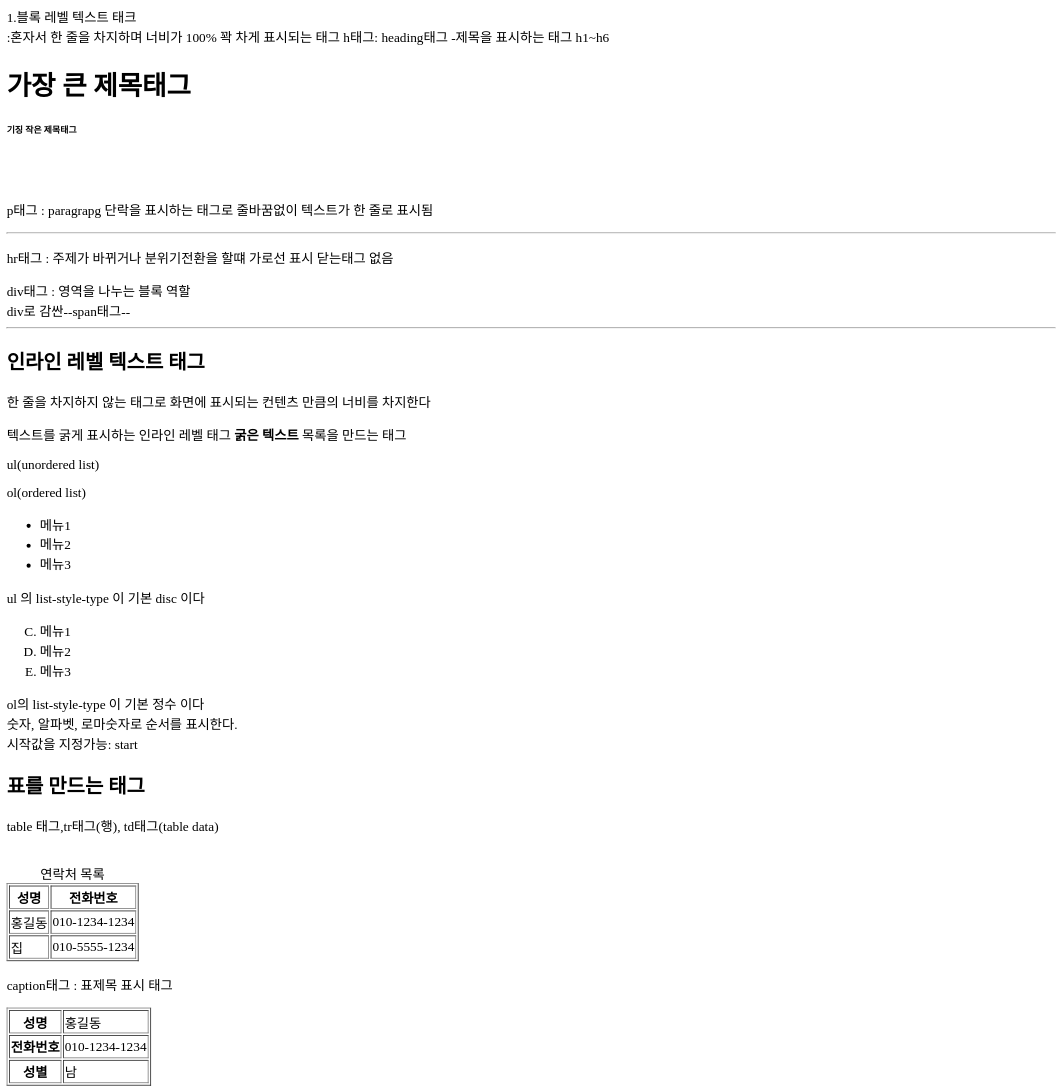
Repository: hana825/Web
Page: web/WebContent/index.html
An editor plug-in stored every save of this project. The page is shown before and after the next save, followed by the edit.
The browser window is 1280 px wide. The pictures show the whole page, at 83% of full size.

Above is the page before, as saved 2022-03-17 06:09:23.

### web/WebContent/index.html
<!DOCTYPE html>
<html>
<head>
<meta charset="UTF-8">
<title>Insert title here</title>
</head>
<body>
1.블록 레벨 텍스트 태크<br>
:혼자서 한 줄을 차지하며 너비가 100% 꽉 차게 표시되는 태그

h태그: heading태그 -제목을 표시하는 태그 h1~h6
<h1>가장 큰 제목태그</h1>
<h6>기징 작은 제목태그</h6>
<br><br>
<p>
p태그 : paragrapg 단락을 표시하는 태그로
줄바꿈없이 텍스트가 한 줄로 표시됨
</p>
<hr>

<p>
hr태그 : 주제가 바뀌거나 분위기전환을 할떄 가로선 표시
닫는태그 없음
</p>
<div>
div태그 : 영역을 나누는 블록 역할
</div>

<div> div로 감싼<span>--span태그--</span>
</div>


<hr>

<h2>인라인 레벨 텍스트 태그</h2>
<p> 한 줄을 차지하지 않는 태그로 화면에 표시되는 컨텐츠 만큼의 너비를 차지한다
</p>
<!-- 실행에서 제외하고자 하는 코드는 주석처리 -->
텍스트를 굵게 표시하는 인라인 레벨 태그
<strong>굵은 텍스트
</strong>
목록을 만드는 태그
<p>ul(unordered list)</p>
<p>ol(ordered list)</p>
<ul>
	<li>메뉴1</li>
	<li>메뉴2</li>
	<li>메뉴3</li>
</ul>
<p>ul 의 list-style-type 이 기본 disc 이다</p>
<ol start='3' type="A">
	<li>메뉴1</li>
	<li>메뉴2</li>
	<li>메뉴3</li>
</ol>
<p>ol의 list-style-type 이 기본 정수 이다<br>
   숫자, 알파벳, 로마숫자로 순서를 표시한다.<br>
   시작값을 지정가능: start<br>
</p>

<h2>표를 만드는 태그</h2>
<p>table 태그,tr태그(행), td태그(table data)</p><br>

<table border='1'>
	<caption>연락처 목록</caption>
	<tr><th>성명</th><th>전화번호</th></tr>
	<tr><td>홍길동</td><td>010-1234-1234</td></tr>
	<tr><td>집</td><td>010-5555-1234</td></tr>
</table>

<p> caption태그 : 표제목 표시 태그
</p>

<table  border='1'>
	<tr><th>성명</th>
		<td>홍길동</td>
	</tr>
		<tr><th>전화번호</th>
		<td>010-1234-1234</td>
	</tr>
		<tr><th>성별</th>
		<td>남</td>
	</tr>
</table>













</body>
</html>

After the next save:
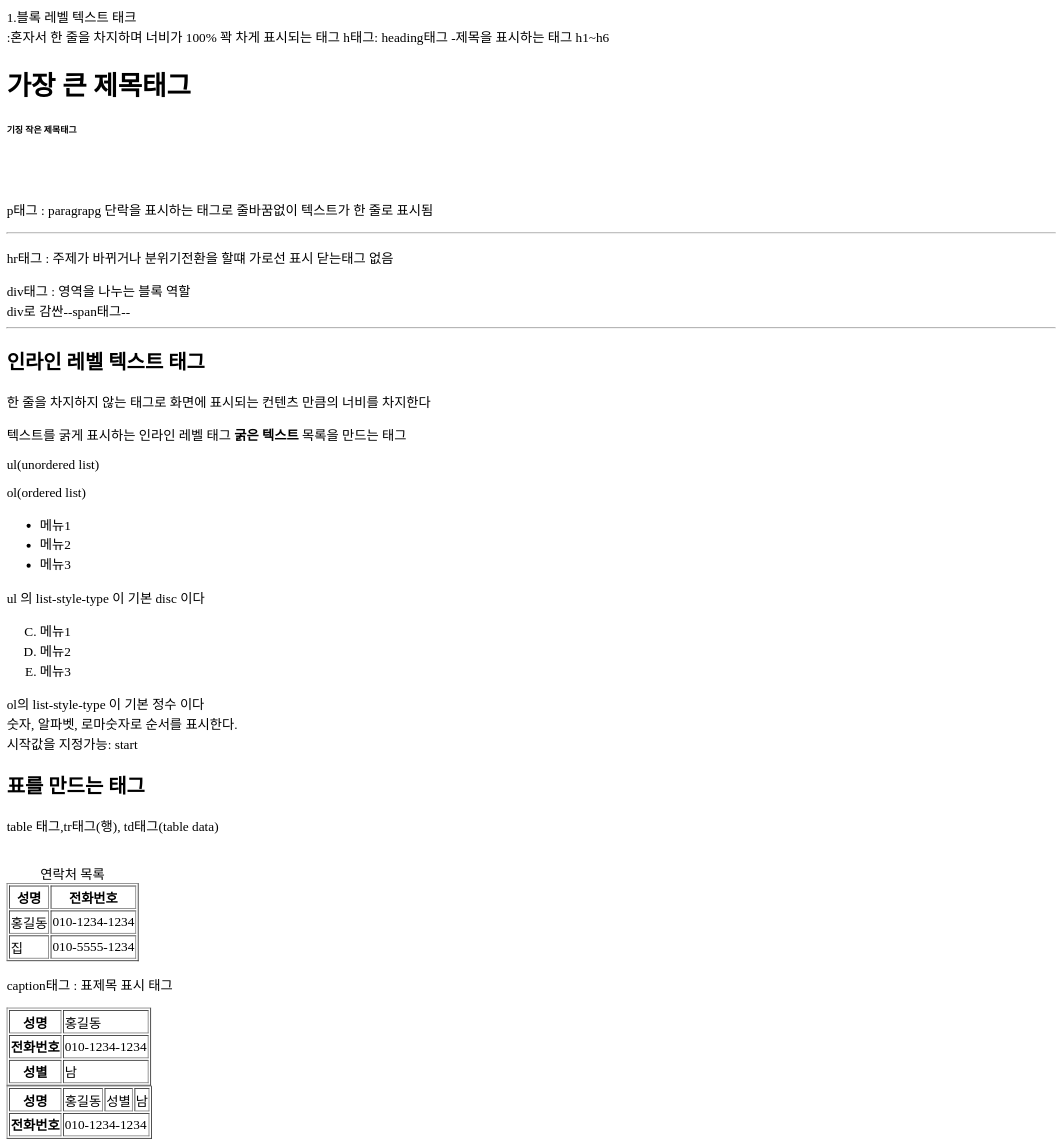
Saved 10 min 38 s later.
--- a/web/WebContent/index.html
+++ b/web/WebContent/index.html
@@ -83,6 +83,17 @@ div태그 : 영역을 나누는 블록 역할
 	</tr>
 </table>
 
+<table  border='1'>
+	<tr><th>성명</th>
+		<td>홍길동</td>
+		<td>성별</td>
+		<td>남</td>
+	</tr>
+		<tr><th>전화번호</th>
+		<td colspan='3'>010-1234-1234</td>
+
+</table>
+
 
 
 
